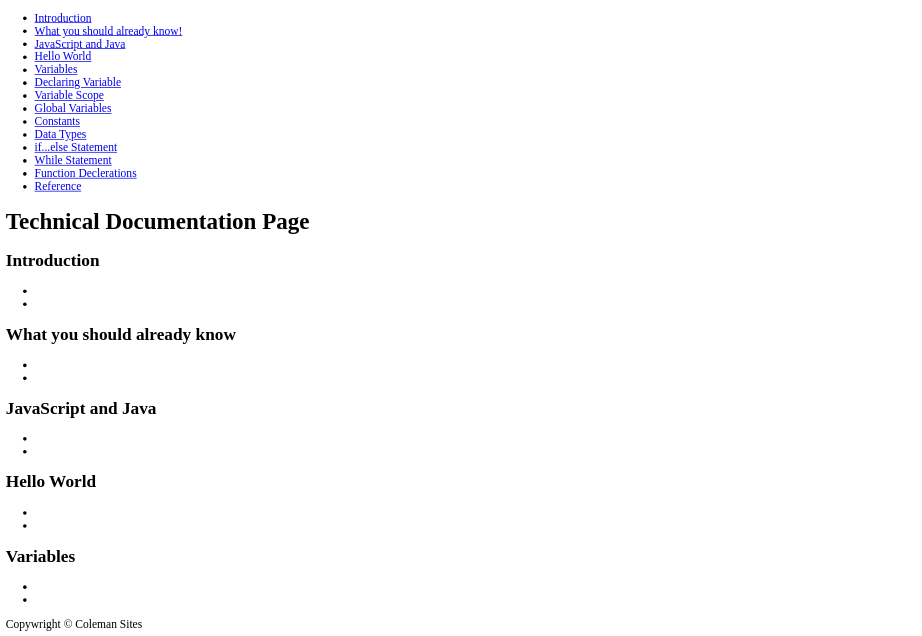
Repository: ctcoleman/technicalDocumentationPage
Page: index.html
The author's editor kept a copy of each file at every save. The page is drawn from the files as they stood at one save, then again after the next save.
The browser window is 1280 px wide. The pictures show the whole page, at 72% of full size.

Above is the page before, as saved 2020-07-09 21:45:36.

After the next save:
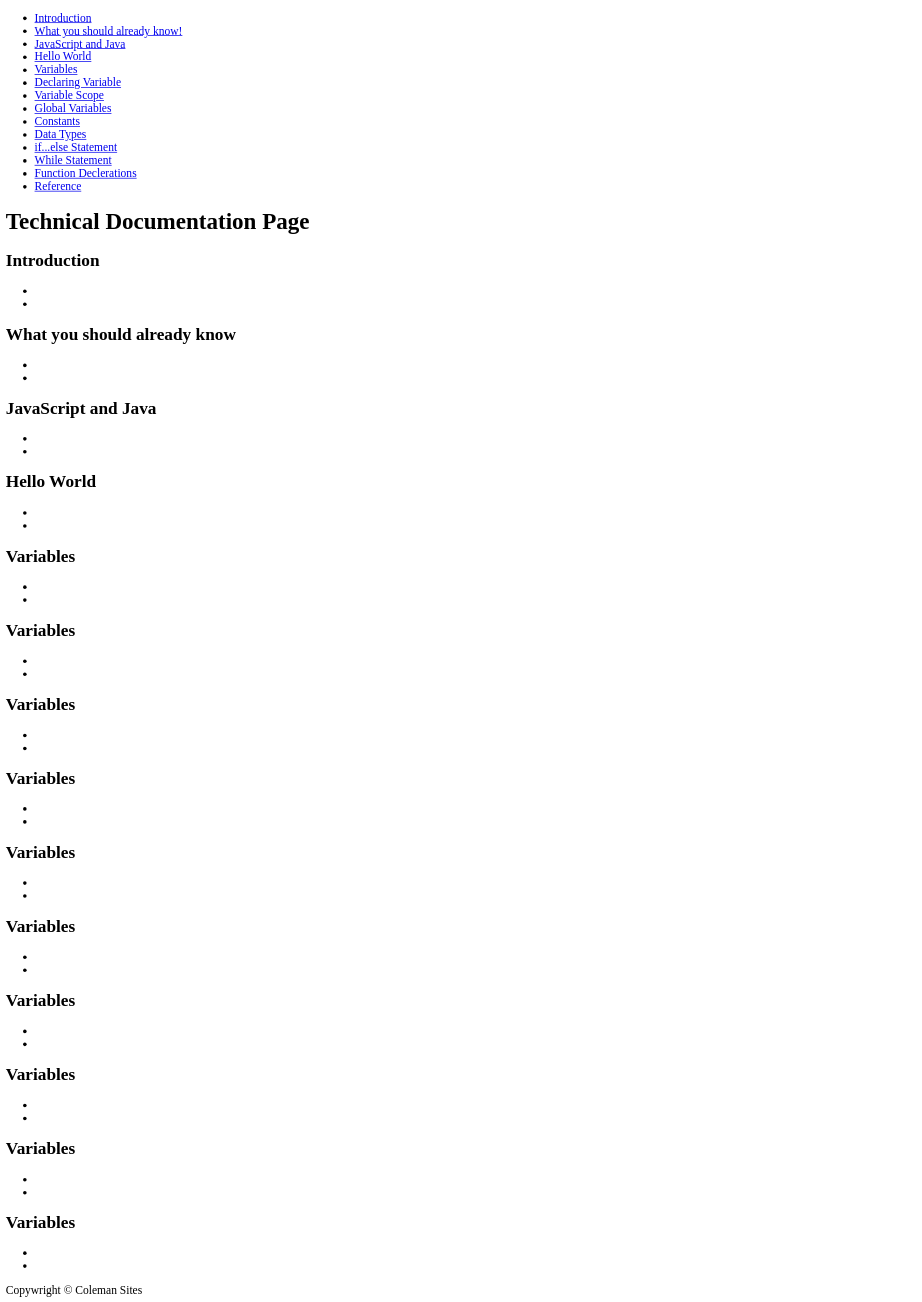
Saved 20 s later.
--- a/index.html
+++ b/index.html
@@ -132,6 +132,141 @@
       </article>
     </section>
 
+    <section class="main-section">
+      <h2 class="topic-header">Variables</h2>
+      <article>
+        <p>
+          <ul>
+            <li></li>
+            <li></li>
+          </ul>
+        </p>
+        <p>
+
+        </p>
+      </article>
+    </section>
+
+    <section class="main-section">
+      <h2 class="topic-header">Variables</h2>
+      <article>
+        <p>
+          <ul>
+            <li></li>
+            <li></li>
+          </ul>
+        </p>
+        <p>
+
+        </p>
+      </article>
+    </section>
+
+    <section class="main-section">
+      <h2 class="topic-header">Variables</h2>
+      <article>
+        <p>
+          <ul>
+            <li></li>
+            <li></li>
+          </ul>
+        </p>
+        <p>
+
+        </p>
+      </article>
+    </section>
+
+    <section class="main-section">
+      <h2 class="topic-header">Variables</h2>
+      <article>
+        <p>
+          <ul>
+            <li></li>
+            <li></li>
+          </ul>
+        </p>
+        <p>
+
+        </p>
+      </article>
+    </section>
+
+    <section class="main-section">
+      <h2 class="topic-header">Variables</h2>
+      <article>
+        <p>
+          <ul>
+            <li></li>
+            <li></li>
+          </ul>
+        </p>
+        <p>
+
+        </p>
+      </article>
+    </section>
+
+    <section class="main-section">
+      <h2 class="topic-header">Variables</h2>
+      <article>
+        <p>
+          <ul>
+            <li></li>
+            <li></li>
+          </ul>
+        </p>
+        <p>
+
+        </p>
+      </article>
+    </section>
+
+    <section class="main-section">
+      <h2 class="topic-header">Variables</h2>
+      <article>
+        <p>
+          <ul>
+            <li></li>
+            <li></li>
+          </ul>
+        </p>
+        <p>
+
+        </p>
+      </article>
+    </section>
+
+    <section class="main-section">
+      <h2 class="topic-header">Variables</h2>
+      <article>
+        <p>
+          <ul>
+            <li></li>
+            <li></li>
+          </ul>
+        </p>
+        <p>
+
+        </p>
+      </article>
+    </section>
+
+    <section class="main-section">
+      <h2 class="topic-header">Variables</h2>
+      <article>
+        <p>
+          <ul>
+            <li></li>
+            <li></li>
+          </ul>
+        </p>
+        <p>
+
+        </p>
+      </article>
+    </section>
+
     <footer id="footer-wrapper">
       <span>Copywright &copy; Coleman Sites</span>
     </footer>
